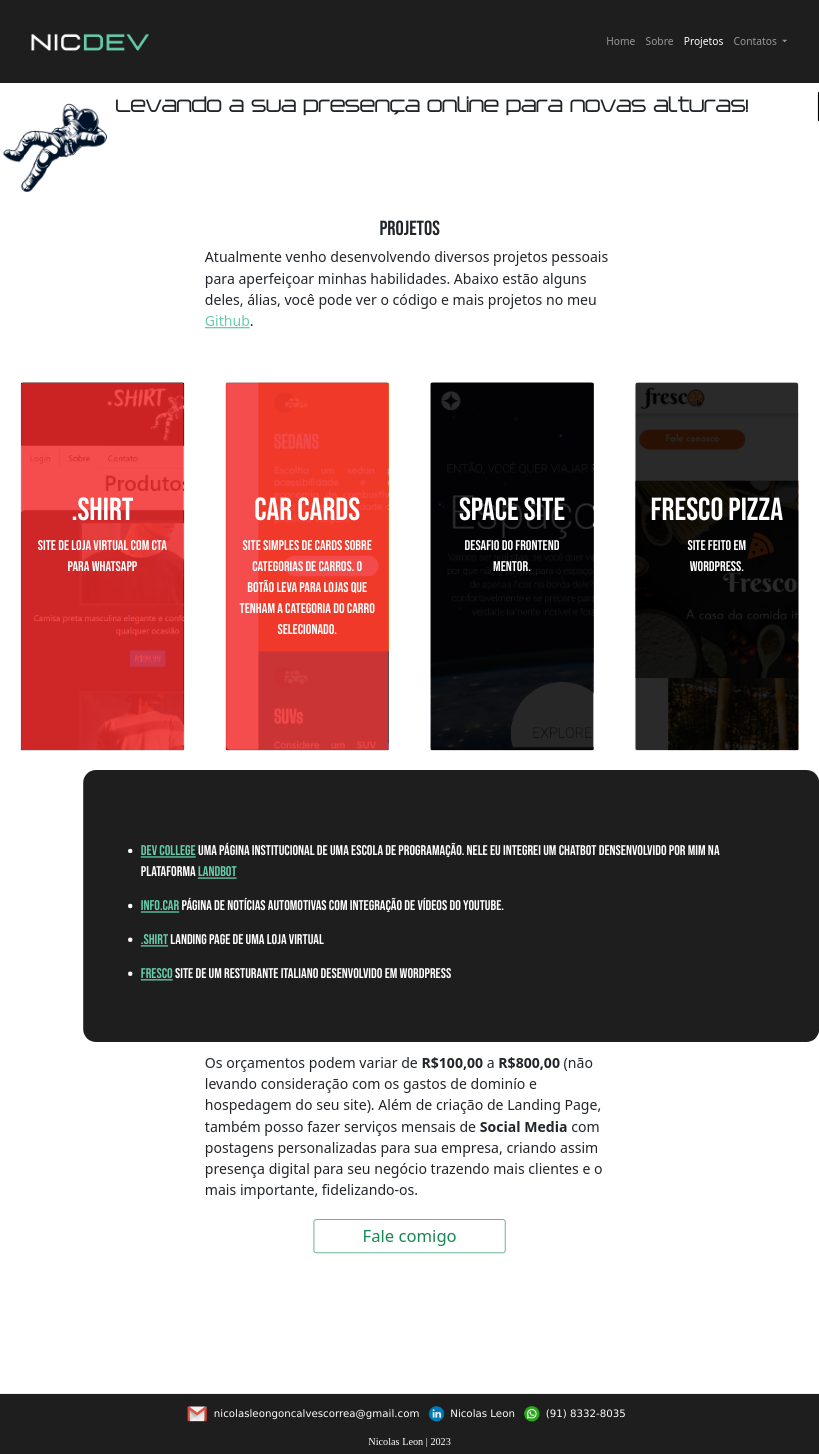
Repository: Leonngc/nicdev
Page: projects.html
These files come from the project's save history. The page is drawn as it stood at one moment and after a run of saves; the edit follows.
The browser window is 1280 px wide. The pictures show the whole page, at 64% of full size.

Above is the page before, as saved 2023-06-04 23:19:24.

After the next 5 saves:
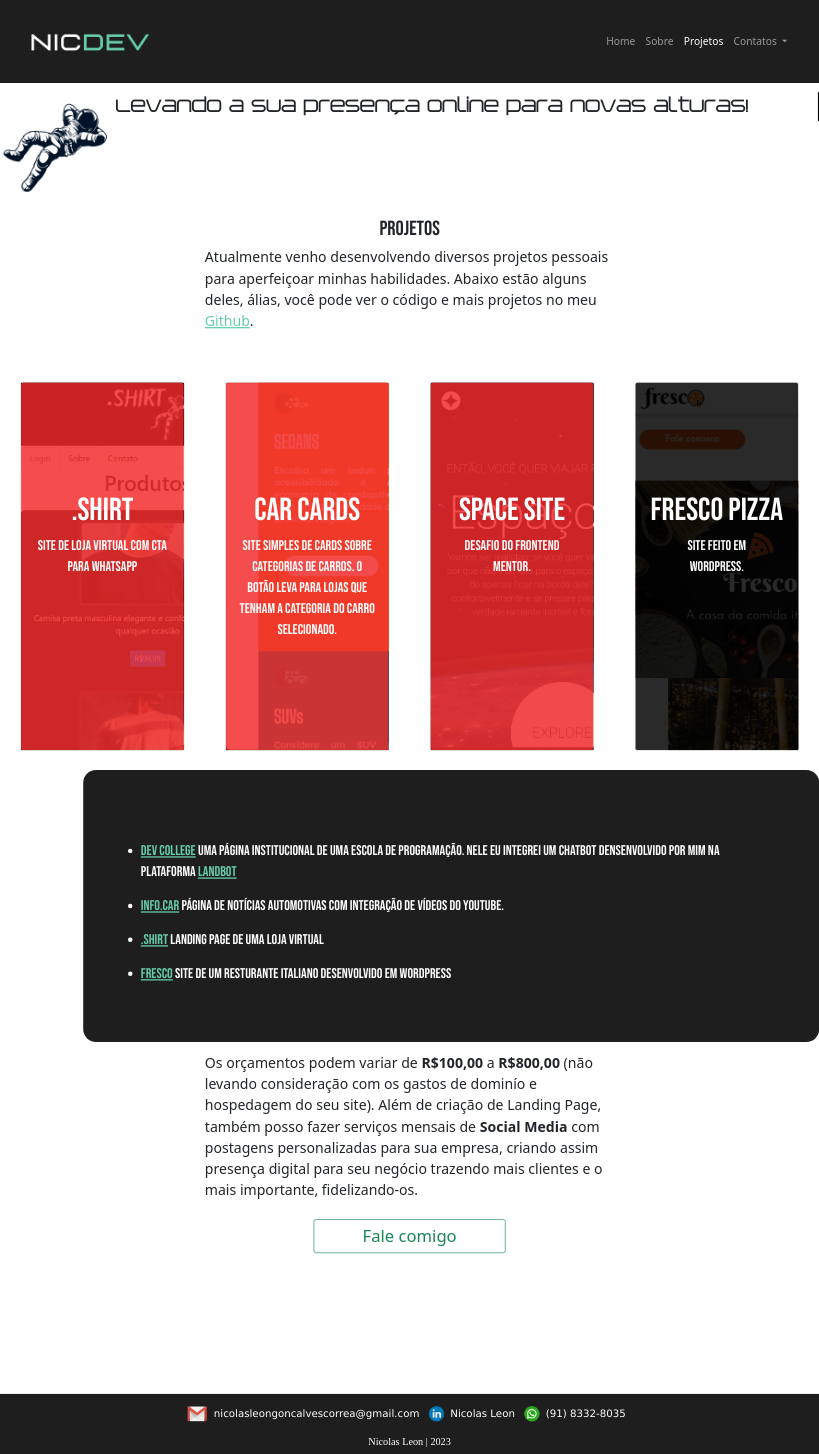
The 5 saves are shown as one change because they came seconds apart.
The last was saved 14 s later.
--- a/styles/projects.css
+++ b/styles/projects.css
@@ -136,7 +136,7 @@
   box-shadow: inset 0 0 0 50vw rgba(0, 0, 0, 0.835);
 }
 
-#card-0,#card-1,#card-3:hover{
+#card-0,#card-1,#card-2,#card-3:hover{
   box-shadow: inset 0 0 0 50vw rgba(244, 42, 42, 0.835);
 }
 

After the save that followed:
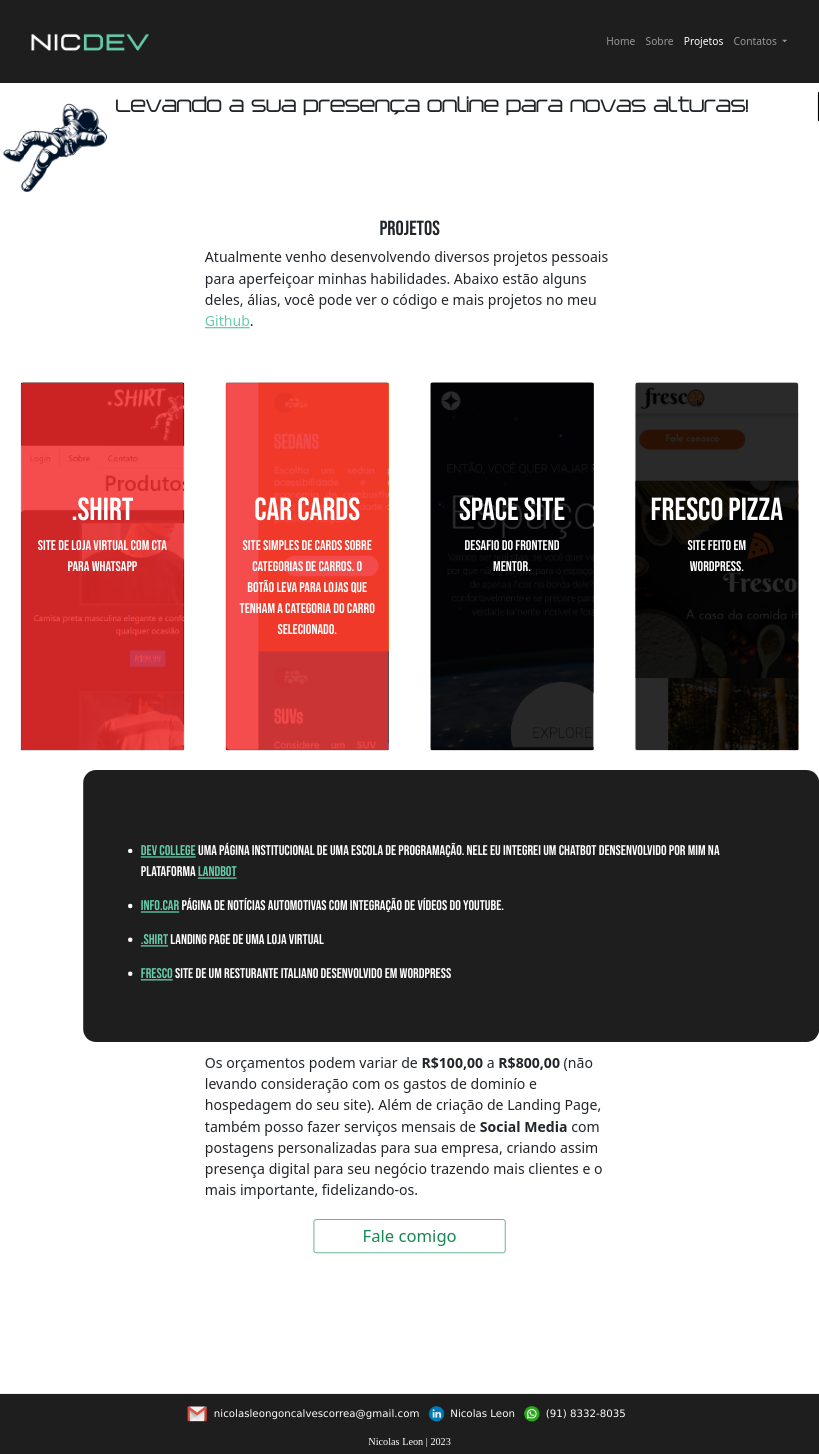
Saved 12 s later.
--- a/styles/projects.css
+++ b/styles/projects.css
@@ -136,7 +136,7 @@
   box-shadow: inset 0 0 0 50vw rgba(0, 0, 0, 0.835);
 }
 
-#card-0,#card-1,#card-2,#card-3:hover{
+#card-0,#card-1,#card-2#card-3:hover{
   box-shadow: inset 0 0 0 50vw rgba(244, 42, 42, 0.835);
 }
 
